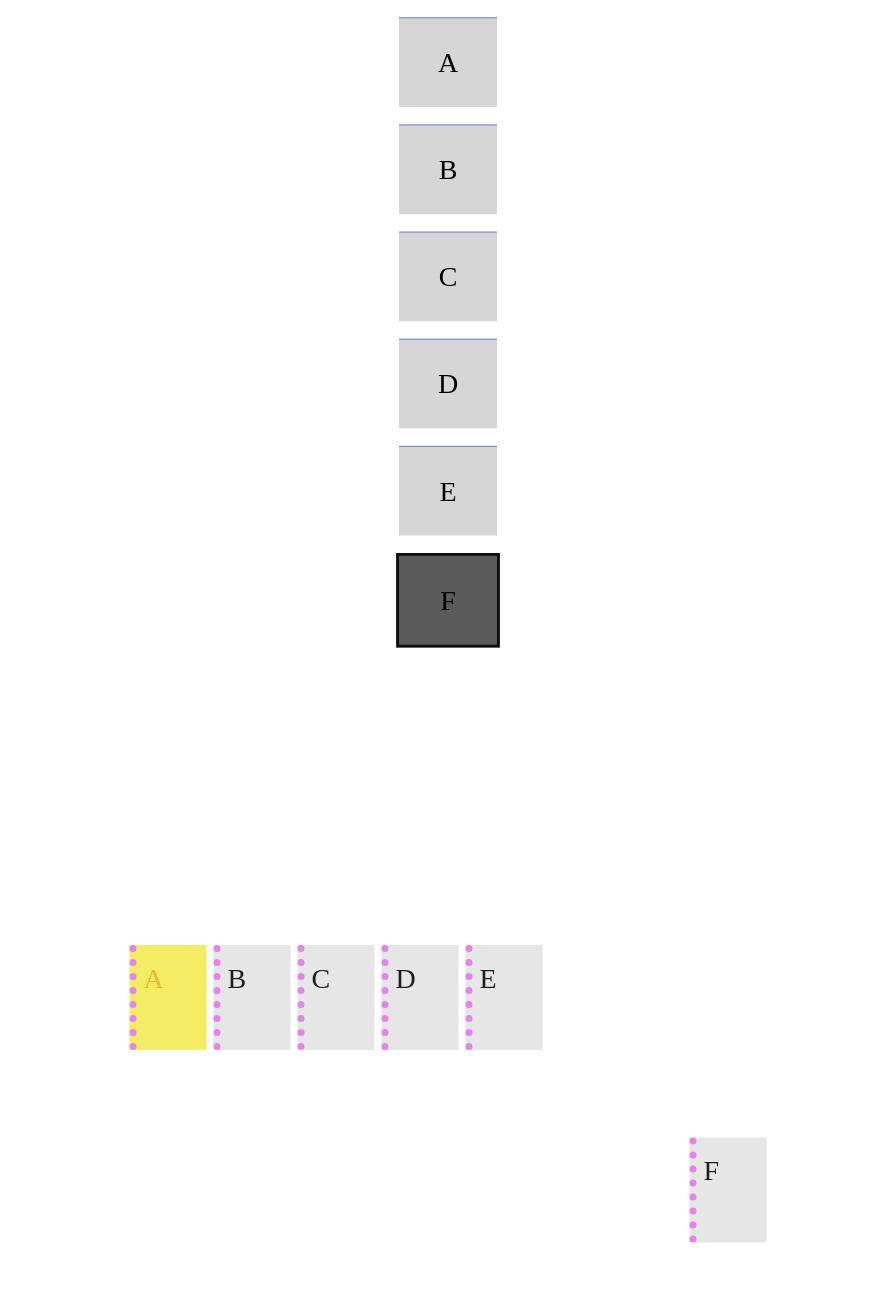
Repository: HoangDuy315/HW_TVK
Page: ex2/index.html
These files come from the project's save history. The page is drawn as it stood at one moment and after the next save; the edit follows.
The browser window is 1280 px wide. The pictures show the whole page, at 70% of full size.

Above is the page before, as saved 2022-10-10 21:14:11.

### ex2/index.html
<html lang="en">
  <head>
    <meta charset="UTF-8" />
    <meta http-equiv="X-UA-Compatible" content="IE=edge" />
    <meta name="viewport" content="width=device-width, initial-scale=1.0" />
    <link rel="stylesheet" href="styleA.css" />
    <link rel="stylesheet" href="styleB.css" />
    <title>"CS142Project #1."</title>
  </head>
  <body>
    <!-- Problem 1 -->
    <div class="square">
      <p class="a">A</p>
    </div>
    <div class="square">
      <p class="b">B</p>
    </div>
    <div class="square">
      <p class="c">C</p>
    </div>
    <div class="square">
      <p class="d">D</p>
    </div>
    <div class="square">
      <p class="e">E</p>
    </div>
    <div class="squares">
      <p class="f">F</p>
    </div>

    <!-- Problem 2 -->
    <div class="pb">
      <div class="squareb1">
        <p class="a2">A</p>
      </div>
      <div class="squareb">
        <p class="b2">B</p>
      </div>
      <div class="squareb">
        <p class="b2">C</p>
      </div>
      <div class="squareb">
        <p class="b2">D</p>
      </div>
      <div class="squareb">
        <p class="b2">E</p>
      </div>
      <div class="squareb2">
        <p class="f2">F</p>
      </div>
    </div>
  </body>
</html>

### ex2/styleA.css
body {
  flex-direction: column;
  margin: auto;
  display: flex;
  align-items: center;
  font-size: 22px;
}

.square {
  margin: auto;
  min-height: 100px;
  min-width: 140px;
  border-top: 1px solid rgb(47, 85, 235);
  background-color: rgb(215, 213, 213);
  margin-top: 25px;
}

.a {
  font-size: 40px;
  text-align: center;
}
.b {
  font-size: 40px;
  text-align: center;
}

.c {
  font-size: 40px;
  text-align: center;
}

.d {
  font-size: 40px;
  text-align: center;
}

.e {
  font-size: 40px;
  text-align: center;
}

.f {
  font-size: 40px;
  text-align: center;
}

.squares {
  margin: auto;
  min-height: 100px;
  min-width: 140px;
  border: 4px solid rgb(15, 15, 16);
  background-color: rgb(91, 91, 91);
  margin-top: 25px;
}

### ex2/styleB.css
.pb {
  flex-direction: row;
  display: flex;
  align-items: center;
  justify-content: center;
  margin-top: 200px;
  margin: auto;
  margin-bottom: 200px;
}

.squareb {
  margin-top: 150px;
  margin-bottom: -100px;
  display: flex;
  align-items: center;
  margin-right: 10px;
  height: 150px;
  width: 100px;
  font-size: 40px;
  border-left: 10px dotted rgb(228, 131, 235);
  background-color: rgb(230, 230, 230);
}

.squareb1 {
  margin-top: 150px;
  margin-bottom: -100px;
  display: flex;
  align-items: center;
  margin-right: 10px;
  height: 150px;
  width: 100px;
  font-size: 40px;
  border-left: 10px dotted rgb(228, 131, 235);
  background-color: rgba(243, 235, 91, 0.944);
}
.squareb2 {
  margin-top: 700px;
  margin-bottom: -100px;
  display: flex;
  align-items: center;
  margin-left: 200px;
  height: 150px;
  width: 100px;
  font-size: 40px;
  border-left: 10px dotted rgb(228, 131, 235);
  background-color: rgb(230, 230, 230);
}

.a2 {
  color: rgb(232, 184, 42);
  margin-left: 10px;
  margin-top: -15px;
}

.b2 {
  color: rgb(32, 31, 29);
  margin-left: 10px;
  margin-top: -15px;
}
.f2 {
  color: rgb(32, 31, 29);
  margin-left: 10px;
  margin-top: -15px;
}

After the next save:
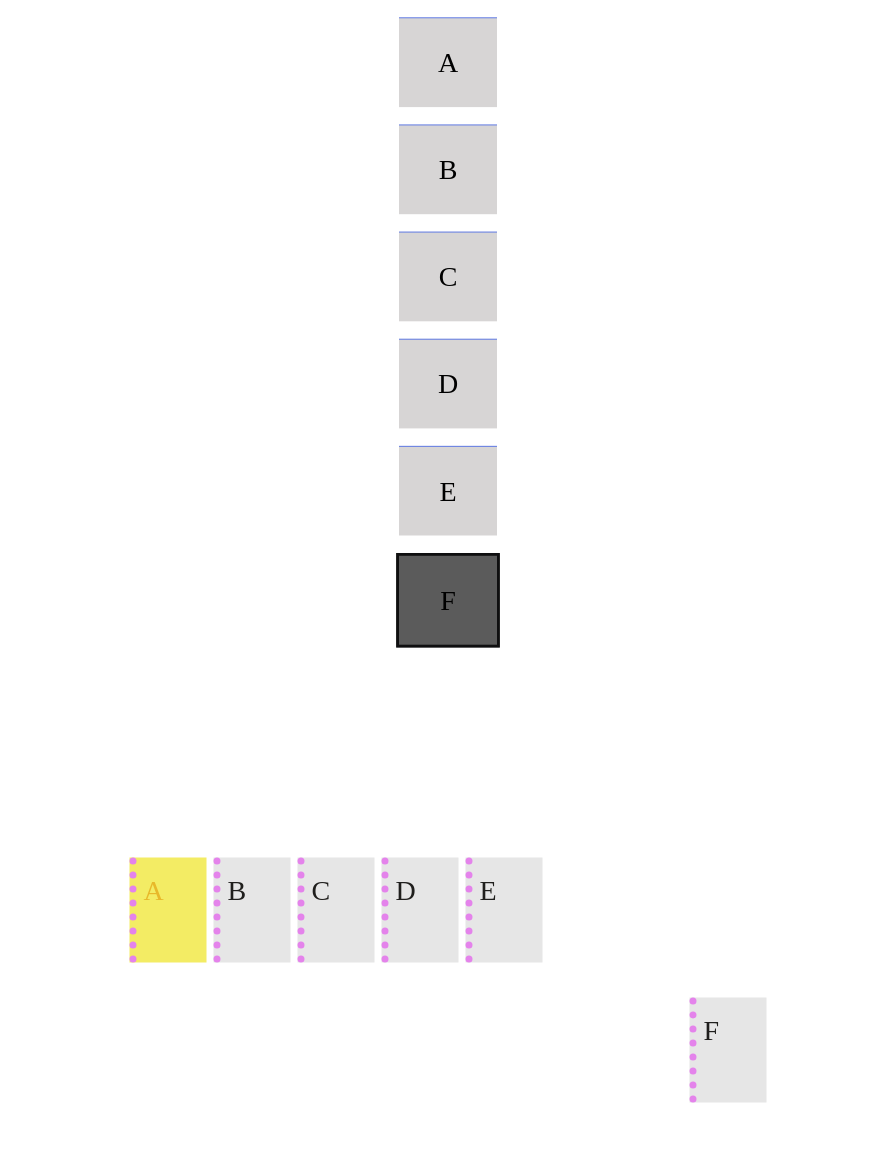
Saved 11 s later.
--- a/ex2/styleB.css
+++ b/ex2/styleB.css
@@ -9,7 +9,7 @@
 }
 
 .squareb {
-  margin-top: 150px;
+  margin-top: 100px;
   margin-bottom: -100px;
   display: flex;
   align-items: center;
@@ -22,7 +22,7 @@
 }
 
 .squareb1 {
-  margin-top: 150px;
+  margin-top: 100px;
   margin-bottom: -100px;
   display: flex;
   align-items: center;
@@ -34,7 +34,7 @@
   background-color: rgba(243, 235, 91, 0.944);
 }
 .squareb2 {
-  margin-top: 700px;
+  margin-top: 500px;
   margin-bottom: -100px;
   display: flex;
   align-items: center;
